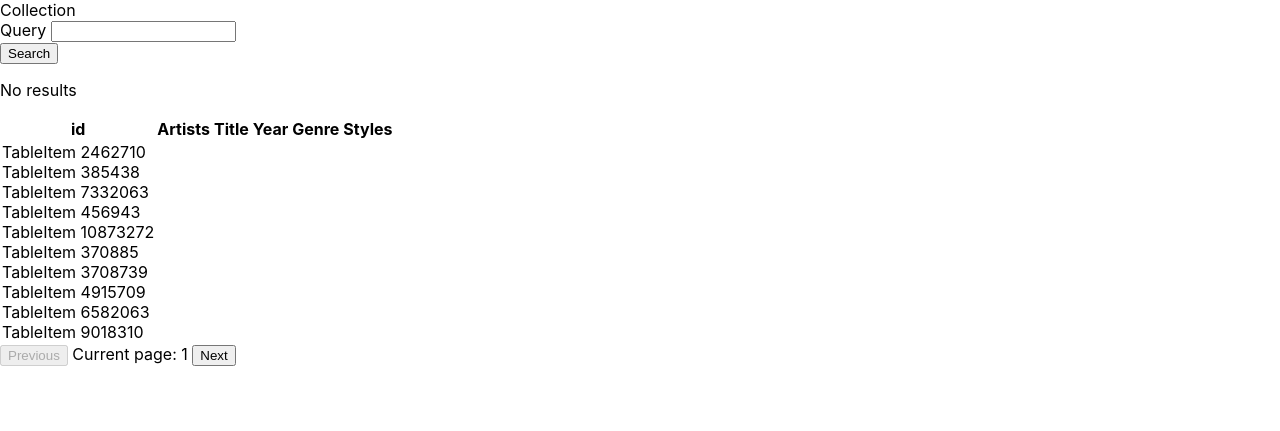
Repository: ivan-baljkas/pristupni_zadatak
Page: / (app in frontend/react-akademija-master/)
An editor plug-in stored every save of this project. The page is shown before and after the next save, followed by the edit.
The browser window is 1280 px wide. The pictures show the whole page.
The project was rebuilt for these pictures with package versions that can differ from the ones it lists, and the page was loaded fresh each time.

Above is the page before, as saved 2021-07-21 13:20:23.

### frontend/react-akademija-master/src/App.js
import React from "react";
import { SearchForm } from "./components/SearchForm";
import { CollectionTable } from "./components/CollectionTable";
import { TableItem } from "./components/TableItem";
import { Pagination } from "./components/Pagination";
import data from "./data.json";

const App = () => {
  console.log(data);

  return (
    <div>
      <header>
        Collection
      </header>
      <SearchForm>
          No results
        </SearchForm>
        <CollectionTable>
        {data.releases.map(release=>(
          <TableItem id={release.id}/>
        ))}
        </CollectionTable>
        <Pagination currentPage={1} pages={2} />
    </div>
  );
};

export default App;

### frontend/react-akademija-master/src/components/SearchForm.jsx
import React, { Component } from 'react'

export const SearchForm = (props) =>{

    return(
        <div>
            <div>
                <label htmlFor="query">Query </label>
                <input type="text" id="query"/>
            </div>
            <div>
                <button type="button">Search</button>
                <p>{props.children}</p>
            </div>

        </div>
    );
};

### frontend/react-akademija-master/src/components/CollectionTable.jsx
import React, { Component } from 'react'
import { TableItem } from './TableItem';
export const CollectionTable = (props) =>{

    return(
        <div>
            <table styles="width:100%">
                <tr>
                    <th>id</th>
                    <th>Artists</th>
                    <th>Title</th>
                    <th>Year</th>
                    <th>Genre</th>
                    <th>Styles</th>
                </tr>
                {props.children}

            </table>
        </div>
    );
};

### frontend/react-akademija-master/src/components/TableItem.jsx
import React, { Component } from 'react'

export const TableItem = (props) =>{

    return(
        <div>
            TableItem {props.id}
        </div>
    );
};

### frontend/react-akademija-master/src/components/Pagination.jsx
import React, { Component } from 'react'

export const Pagination = (props) =>{

    return(
        <div>
            <button type="button" disabled = {props.currentPage === 1}>Previous</button>
             <span>  Current page:  {props.currentPage} </span>
             <button type="button"disabled = {props.currentPage === props.pages}>Next</button>
        </div>
    );
};

### frontend/react-akademija-master/src/data.json
{
  "pagination": {
    "page": 1,
    "pages": 26,
    "per_page": 10,
    "items": 255,
    "urls": {
      "first": "https://api.discogs.com/users/adrianmusiccollector/collection/folders/0/releases?per_page=10&page=1",
      "last": "https://api.discogs.com/users/adrianmusiccollector/collection/folders/0/releases?per_page=10&page=26",
      "prev": "https://api.discogs.com/users/adrianmusiccollector/collection/folders/0/releases?per_page=10&page=1",
      "next": "https://api.discogs.com/users/adrianmusiccollector/collection/folders/0/releases?per_page=10&page=3"
    }
  },
  "releases": [
    {
      "id": 2462710,
      "instance_id": 495199692,
      "date_added": "2020-08-04T08:57:28-07:00",
      "rating": 0,
      "basic_information": {
        "id": 2462710,
        "master_id": 28197,
        "master_url": "https://api.discogs.com/masters/28197",
        "resource_url": "https://api.discogs.com/releases/2462710",
        "thumb": "",
        "cover_image": "",
        "title": "Danzig III: How The Gods Kill",
        "year": 0,
        "formats": [
          { "name": "CD", "qty": "1", "descriptions": ["Album", "Reissue"] }
        ],
        "labels": [
          {
            "name": "American Recordings",
            "catno": "491785 2",
            "entity_type": "1",
            "entity_type_name": "Label",
            "id": 2569,
            "resource_url": "https://api.discogs.com/labels/2569"
          },
          {
            "name": "Columbia",
            "catno": "02-491785-10",
            "entity_type": "1",
            "entity_type_name": "Label",
            "id": 1866,
            "resource_url": "https://api.discogs.com/labels/1866"
          }
        ],
        "artists": [
          {
            "name": "Danzig",
            "anv": "",
            "join": "",
            "role": "",
            "tracks": "",
            "id": 217411,
            "resource_url": "https://api.discogs.com/artists/217411"
          }
        ],
        "genres": ["Rock"],
        "styles": ["Blues Rock", "Hard Rock", "Heavy Metal"]
      }
    },
    {
      "id": 385438,
      "instance_id": 495284040,
      "date_added": "2020-08-04T15:46:56-07:00",
      "rating": 0,
      "basic_information": {
        "id": 385438,
        "master_id": 8636,
        "master_url": "https://api.discogs.com/masters/8636",
        "resource_url": "https://api.discogs.com/releases/385438",
        "thumb": "",
        "cover_image": "",
        "title": "For Those About To Rock We Salute You",
        "year": 1994,
        "formats": [
          {
            "name": "CD",
            "qty": "1",
            "descriptions": ["Album", "Reissue", "Remastered"]
          }
        ],
        "labels": [
          {
            "name": "ATCO Records",
            "catno": "7567-92412-2",
            "entity_type": "1",
            "entity_type_name": "Label",
            "id": 3820,
            "resource_url": "https://api.discogs.com/labels/3820"
          }
        ],
        "artists": [
          {
            "name": "AC/DC",
            "anv": "",
            "join": "",
            "role": "",
            "tracks": "",
            "id": 84752,
            "resource_url": "https://api.discogs.com/artists/84752"
          }
        ],
        "genres": ["Rock"],
        "styles": ["Hard Rock"]
      }
    },
    {
      "id": 7332063,
      "instance_id": 495260051,
      "date_added": "2020-08-04T14:14:50-07:00",
      "rating": 0,
      "basic_information": {
        "id": 7332063,
        "master_id": 8580,
        "master_url": "https://api.discogs.com/masters/8580",
        "resource_url": "https://api.discogs.com/releases/7332063",
        "thumb": "",
        "cover_image": "",
        "title": "Live",
        "year": 0,
        "formats": [
          { "name": "CD", "qty": "2", "descriptions": ["Album", "Reissue"] }
        ],
        "labels": [
          {
            "name": "ATCO Records",
            "catno": "7567-92212-2",
            "entity_type": "1",
            "entity_type_name": "Label",
            "id": 3820,
            "resource_url": "https://api.discogs.com/labels/3820"
          },
          {
            "name": "Albert Productions",
            "catno": "7567-92212-2",
            "entity_type": "1",
            "entity_type_name": "Label",
            "id": 33440,
            "resource_url": "https://api.discogs.com/labels/33440"
          }
        ],
        "artists": [
          {
            "name": "AC/DC",
            "anv": "",
            "join": "",
            "role": "",
            "tracks": "",
            "id": 84752,
            "resource_url": "https://api.discogs.com/artists/84752"
          }
        ],
        "genres": ["Rock"],
        "styles": ["Hard Rock", "Rock & Roll"]
      }
    },
    {
      "id": 456943,
      "instance_id": 495284592,
      "date_added": "2020-08-04T15:48:52-07:00",
      "rating": 0,
      "basic_information": {
        "id": 456943,
        "master_id": 8437,
        "master_url": "https://api.discogs.com/masters/8437",
        "resource_url": "https://api.discogs.com/releases/456943",
        "thumb": "",
        "cover_image": "",
        "title": "High Voltage",
        "year": 1994,
        "formats": [
          {
            "name": "CD",
            "qty": "1",
            "descriptions": ["Album", "Reissue", "Remastered"]
          }
        ],
        "labels": [
          {
            "name": "ATCO Records",
            "catno": "7567-92413-2",
            "entity_type": "1",
            "entity_type_name": "Label",
            "id": 3820,
            "resource_url": "https://api.discogs.com/labels/3820"
          },
          {
            "name": "ATCO Records",
            "catno": "92413-2",
            "entity_type": "1",
            "entity_type_name": "Label",
            "id": 3820,
            "resource_url": "https://api.discogs.com/labels/3820"
          }
        ],
        "artists": [
          {
            "name": "AC/DC",
            "anv": "",
            "join": "",
            "role": "",
            "tracks": "",
            "id": 84752,
            "resource_url": "https://api.discogs.com/artists/84752"
          }
        ],
        "genres": ["Rock"],
        "styles": ["Hard Rock"]
      }
    },
    {
      "id": 10873272,
      "instance_id": 719463895,
      "date_added": "2021-05-31T11:07:58-07:00",
      "rating": 0,
      "basic_information": {
        "id": 10873272,
        "master_id": 315130,
        "master_url": "https://api.discogs.com/masters/315130",
        "resource_url": "https://api.discogs.com/releases/10873272",
        "thumb": "",
        "cover_image": "",
        "title": "Lightning Strikes",
        "year": 1986,
        "formats": [{ "name": "CD", "qty": "1", "descriptions": ["Album"] }],
        "labels": [
          {
            "name": "ATCO Records",
            "catno": "790 512-2",
            "entity_type": "1",
            "entity_type_name": "Label",
            "id": 3820,
            "resource_url": "https://api.discogs.com/labels/3820"
          },
          {
            "name": "ATCO Records",
            "catno": "90512-2",
            "entity_type": "1",
            "entity_type_name": "Label",
            "id": 3820,
            "resource_url": "https://api.discogs.com/labels/3820"
          }
        ],
        "artists": [
          {
            "name": "Loudness (5)",
            "anv": "",
            "join": "",
            "role": "",
            "tracks": "",
            "id": 594808,
            "resource_url": "https://api.discogs.com/artists/594808"
          }
        ],
        "genres": ["Rock"],
        "styles": ["Hard Rock", "Heavy Metal"]
      }
    },
    {
      "id": 370885,
      "instance_id": 495193819,
      "date_added": "2020-08-04T08:15:48-07:00",
      "rating": 0,
      "basic_information": {
        "id": 370885,
        "master_id": 8670,
        "master_url": "https://api.discogs.com/masters/8670",
        "resource_url": "https://api.discogs.com/releases/370885",
        "thumb": "",
        "cover_image": "",
        "title": "The Razors Edge",
        "year": 1990,
        "formats": [{ "name": "CD", "qty": "1", "descriptions": ["Album"] }],
        "labels": [
          {
            "name": "ATCO Records",
            "catno": "7567-91413-2",
            "entity_type": "1",
            "entity_type_name": "Label",
            "id": 3820,
            "resource_url": "https://api.discogs.com/labels/3820"
          },
          {
            "name": "ATCO Records",
            "catno": "7567-91413-2 YS",
            "entity_type": "1",
            "entity_type_name": "Label",
            "id": 3820,
            "resource_url": "https://api.discogs.com/labels/3820"
          },
          {
            "name": "Albert Productions",
            "catno": "7567-91413-2",
            "entity_type": "1",
            "entity_type_name": "Label",
            "id": 33440,
            "resource_url": "https://api.discogs.com/labels/33440"
          },
          {
            "name": "Albert Productions",
            "catno": "7567-91413-2 YS",
            "entity_type": "1",
            "entity_type_name": "Label",
            "id": 33440,
            "resource_url": "https://api.discogs.com/labels/33440"
          }
        ],
        "artists": [
          {
            "name": "AC/DC",
            "anv": "",
            "join": "",
            "role": "",
            "tracks": "",
            "id": 84752,
            "resource_url": "https://api.discogs.com/artists/84752"
          }
        ],
        "genres": ["Rock"],
        "styles": ["Hard Rock"]
      }
    },
    {
      "id": 3708739,
      "instance_id": 659792917,
      "date_added": "2021-04-01T02:51:07-07:00",
      "rating": 0,
      "basic_information": {
        "id": 3708739,
        "master_id": 451115,
        "master_url": "https://api.discogs.com/masters/451115",
        "resource_url": "https://api.discogs.com/releases/3708739",
        "thumb": "",
        "cover_image": "",
        "title": "Loudness",
        "year": 1992,
        "formats": [{ "name": "CD", "qty": "1", "descriptions": ["Album"] }],
        "labels": [
          {
            "name": "ATCO Records",
            "catno": "WPCL-657",
            "entity_type": "1",
            "entity_type_name": "Label",
            "id": 3820,
            "resource_url": "https://api.discogs.com/labels/3820"
          },
          {
            "name": "Warner Music Japan",
            "catno": "WPCL-657",
            "entity_type": "1",
            "entity_type_name": "Label",
            "id": 52253,
            "resource_url": "https://api.discogs.com/labels/52253"
          }
        ],
        "artists": [
          {
            "name": "Loudness (5)",
            "anv": "",
            "join": "",
            "role": "",
            "tracks": "",
            "id": 594808,
            "resource_url": "https://api.discogs.com/artists/594808"
          }
        ],
        "genres": ["Rock"],
        "styles": ["Speed Metal", "Hard Rock", "Heavy Metal"]
      }
    },
    {
      "id": 4915709,
      "instance_id": 495258801,
      "date_added": "2020-08-04T14:09:39-07:00",
      "rating": 0,
      "basic_information": {
        "id": 4915709,
        "master_id": 578071,
        "master_url": "https://api.discogs.com/masters/578071",
        "resource_url": "https://api.discogs.com/releases/4915709",
        "thumb": "",
        "cover_image": "",
        "title": "Operation Mindcrime + Queen Of The Reich ",
        "year": 1999,
        "formats": [
          {
            "name": "CD",
            "qty": "2",
            "text": "Media book",
            "descriptions": [
              "Compilation",
              "Deluxe Edition",
              "Reissue",
              "Remastered"
            ]
          }
        ],
        "labels": [
          {
            "name": "Axe Killer Records",
            "catno": "3052182",
            "entity_type": "1",
            "entity_type_name": "Label",
            "id": 83934,
            "resource_url": "https://api.discogs.com/labels/83934"
          },
          {
            "name": "Axe Killer Records",
            "catno": "Wag 351",
            "entity_type": "1",
            "entity_type_name": "Label",
            "id": 83934,
            "resource_url": "https://api.discogs.com/labels/83934"
          }
        ],
        "artists": [
          {
            "name": "Queensr\u00ffche",
            "anv": "",
            "join": "",
            "role": "",
            "tracks": "",
            "id": 255363,
            "resource_url": "https://api.discogs.com/artists/255363"
          }
        ],
        "genres": ["Rock"],
        "styles": ["Heavy Metal"]
      }
    },
    {
      "id": 6582063,
      "instance_id": 495262219,
      "date_added": "2020-08-04T14:24:02-07:00",
      "rating": 0,
      "basic_information": {
        "id": 6582063,
        "master_id": 29521,
        "master_url": "https://api.discogs.com/masters/29521",
        "resource_url": "https://api.discogs.com/releases/6582063",
        "thumb": "",
        "cover_image": "",
        "title": "Metal Heart",
        "year": 0,
        "formats": [
          {
            "name": "CD",
            "qty": "1",
            "descriptions": ["Album", "Reissue", "Remastered", "Repress"]
          }
        ],
        "labels": [
          {
            "name": "BMG",
            "catno": "74321 93213 2",
            "entity_type": "1",
            "entity_type_name": "Label",
            "id": 1003,
            "resource_url": "https://api.discogs.com/labels/1003"
          },
          {
            "name": "RCA",
            "catno": "74321 93213 2",
            "entity_type": "1",
            "entity_type_name": "Label",
            "id": 895,
            "resource_url": "https://api.discogs.com/labels/895"
          },
          {
            "name": "Musicline.de",
            "catno": "74321 93213 2",
            "entity_type": "1",
            "entity_type_name": "Label",
            "id": 651772,
            "resource_url": "https://api.discogs.com/labels/651772"
          }
        ],
        "artists": [
          {
            "name": "Accept",
            "anv": "",
            "join": "",
            "role": "",
            "tracks": "",
            "id": 271475,
            "resource_url": "https://api.discogs.com/artists/271475"
          }
        ],
        "genres": ["Rock"],
        "styles": ["Heavy Metal"]
      }
    },
    {
      "id": 9018310,
      "instance_id": 495282966,
      "date_added": "2020-08-04T15:43:26-07:00",
      "rating": 0,
      "basic_information": {
        "id": 9018310,
        "master_id": 4844,
        "master_url": "https://api.discogs.com/masters/4844",
        "resource_url": "https://api.discogs.com/releases/9018310",
        "thumb": "",
        "cover_image": "",
        "title": "Master Of Reality",
        "year": 2014,
        "formats": [
          {
            "name": "CD",
            "qty": "1",
            "text": "Digipak",
            "descriptions": ["Album", "Reissue", "Remastered"]
          }
        ],
        "labels": [
          {
            "name": "BMG",
            "catno": "2730325",
            "entity_type": "1",
            "entity_type_name": "Label",
            "id": 1003,
            "resource_url": "https://api.discogs.com/labels/1003"
          },
          {
            "name": "Sanctuary",
            "catno": "2730325",
            "entity_type": "1",
            "entity_type_name": "Label",
            "id": 28233,
            "resource_url": "https://api.discogs.com/labels/28233"
          }
        ],
        "artists": [
          {
            "name": "Black Sabbath",
            "anv": "",
            "join": "",
            "role": "",
            "tracks": "",
            "id": 144998,
            "resource_url": "https://api.discogs.com/artists/144998"
          }
        ],
        "genres": ["Rock"],
        "styles": ["Hard Rock", "Heavy Metal"]
      }
    }
  ]
}

Loaded but not shown: frontend/react-akademija-master/public/index.html (common file); frontend/react-akademija-master/src/index.js (common file); frontend/react-akademija-master/src/index.css (common file); frontend/react-akademija-master/src/reportWebVitals.js (common file)

After the next save:
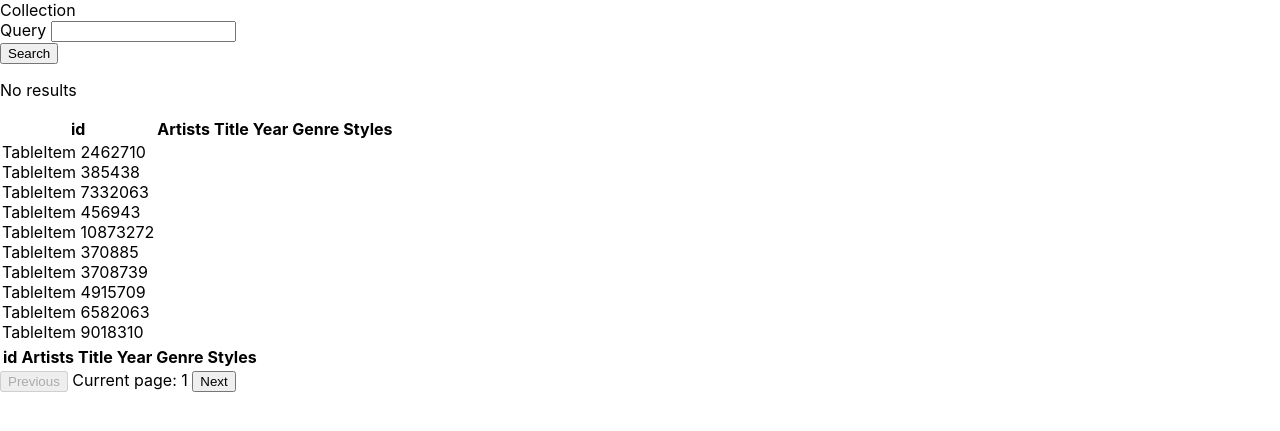
Saved 2 min 37 s later.
--- a/frontend/react-akademija-master/src/components/CollectionTable.jsx
+++ b/frontend/react-akademija-master/src/components/CollectionTable.jsx
@@ -16,6 +16,23 @@ export const CollectionTable = (props) =>{
                 {props.children}
 
             </table>
+
+            <table>
+            <thead>
+                <tr>
+                    <th>id</th>
+                    <th>Artists</th>
+                    <th>Title</th>
+                    <th>Year</th>
+                    <th>Genre</th>
+                    <th>Styles</th>
+                </tr>
+            </thead>
+             <tbody>
+
+            </tbody>
+
+            </table>
         </div>
     );
 };
